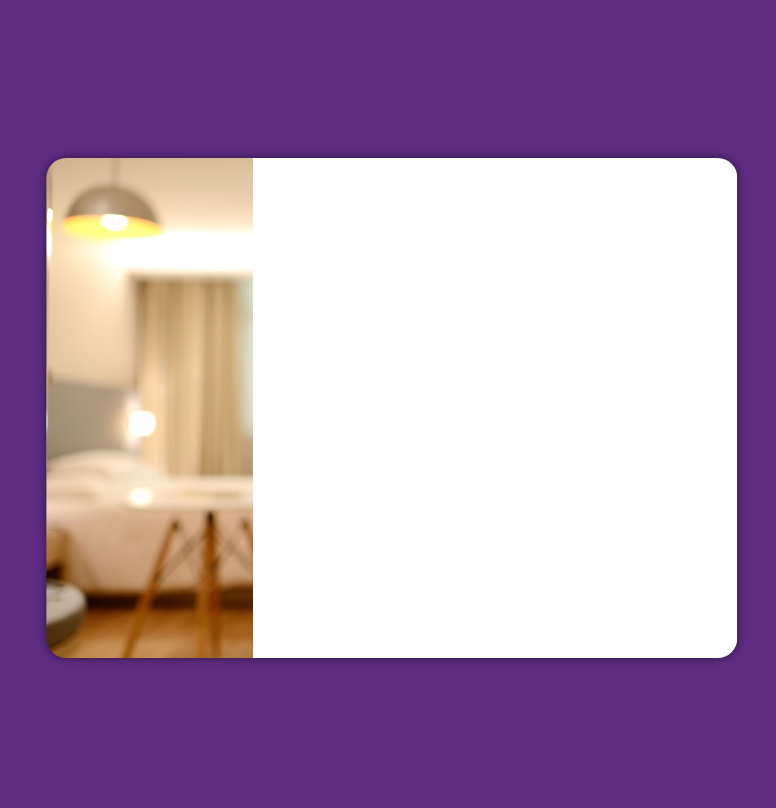
Repository: Guillermomarcon/Projeto-Login
Page: index.html
An editor plug-in stored every save of this project. The page is shown before and after a run of saves, followed by the edit.
The browser window is 768 px wide. The page is 776 px wide, so the pictures cover 776 px, including what lies to the right of the window. The pictures show the whole page.
An inner scrolling area shows only its first screen.

Above is the page before, as saved 2022-09-22 18:38:14.

### index.html
<!DOCTYPE html>
<html lang="pt-br">
<head>
    <meta charset="UTF-8">
    <meta http-equiv="X-UA-Compatible" content="IE=edge">
    <meta name="viewport" content="width=device-width, initial-scale=1.0">
    <title>Login</title>
    <link rel="stylesheet" href="estilos/style.css">
    <link rel="stylesheet" href="estilos/media-query.css">
</head>
<body>
    <main>
        <section id="login">
            <div id="imagem">
            <!--Aqui vai a imagem css-->
            </div>

            <div id="formulario">
                <h1>Login</h1>

                <p>
                    Seja Bem-Vindo(a) ovamente. Faça login para acessar sua conta e poder fazer as configurações no seu ambiente.
                </p>
                <form action="login.php" method="post">


                </form>
            </div>
        </section>
    </main>

</body>
</html>

### estilos/style.css
@charset "utf-8"


/*
Paleta de cores
verde #49a09d
lilas #5f2c82
*/

*{
    font-family:system-ui, -apple-system, BlinkMacSystemFont, 'Segoe UI', Roboto, Oxygen, Ubuntu, Cantarell, 'Open Sans', 'Helvetica Neue', sans-serif;
    padding: 0px;
    margin: 0px;
    box-sizing: border-box;
}

body, html {
    background-color:#5f2c82 ;
    height: 100vh;
    width: 100vw;
}
main {
    position: relative;

    height: 100vh;
    width: 100vw;
}

section#login {
    position: absolute;
    top: 50%;
    left: 50%;
    transform: translate(-50%,-50%);
    background-color:white ;
    width: 250px;
    height: 500px;
    border-radius: 20px;
    overflow: auto;
    box-shadow: 0px 0px 10px rgba(0, 0, 0, 0.527);

}

section#login > div#imagem {
    display: block;
    background: #5f2c82 url(../imagens/pexels-pixabay-271639.jpg) no-repeat;
    background-size: cover;
    background-position: left bottom ;
    height: 200px;

}

section#login > div#formulario {
    display: block;
    padding: 10px;

}

### estilos/media-query.css
@charset "UTF-8";

/*
Typical Device Breakpoints
pequenas telas - até 600px
celular- de 600px até 768px
Tablet - 768px até 992px
Desktop - 992px até 1200px
Grandes - acoma de 1200px
*/

@media screen and (min-width: 768px) and (max-width: 992px) {
    section#login {
        width: 90vw;
    }

    section#login > div#imagem {
        float: left;
        width: 30%;
        height: 100%;
    }

    section#login > div#formulario {
        float: right;
    }

}

After the next 3 saves:
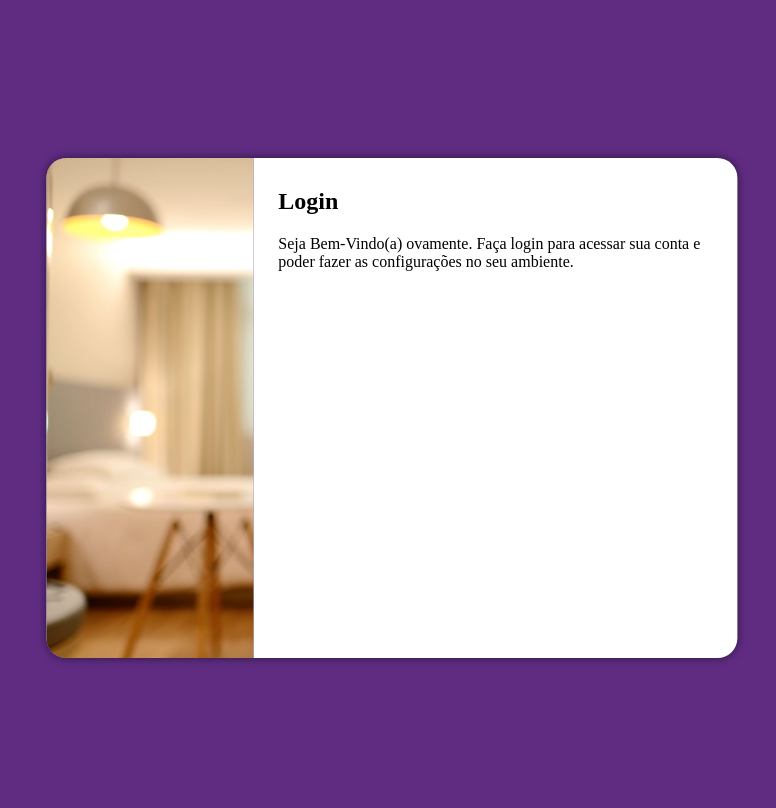
The 3 saves are shown as one change because they came seconds apart.
The last was saved 28 s later.
--- a/estilos/media-query.css
+++ b/estilos/media-query.css
@@ -22,6 +22,7 @@
 
     section#login > div#formulario {
         float: right;
+        width: 65%;
     }
 
 }

After the 2 saves that followed:
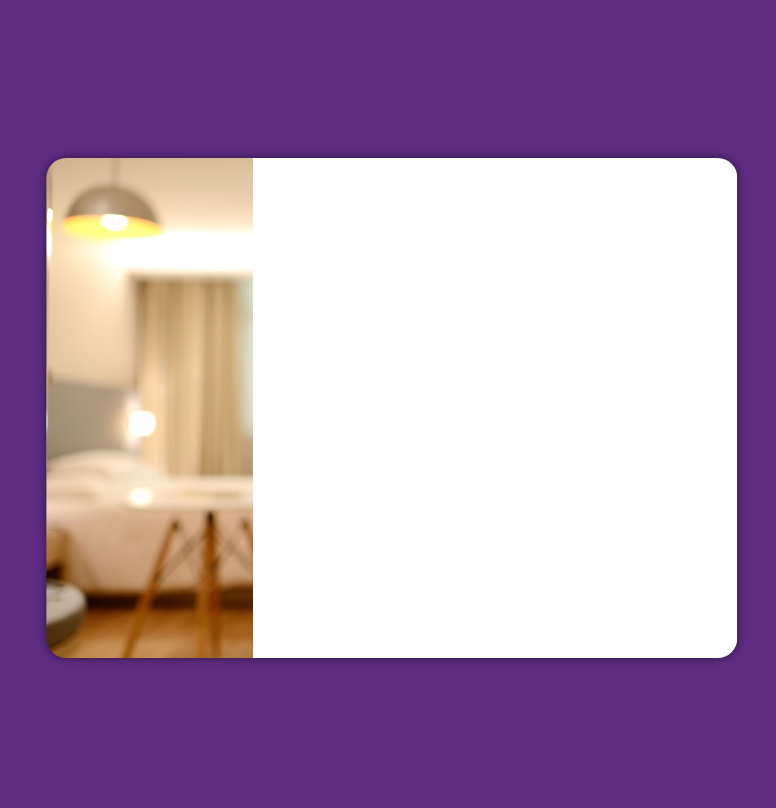
The 2 saves are shown as one change because they came seconds apart.
The last was saved 19 s later.
--- a/estilos/media-query.css
+++ b/estilos/media-query.css
@@ -22,7 +22,7 @@
 
     section#login > div#formulario {
         float: right;
-        width: 65%;
+        width: 70%;
     }
 
 }
